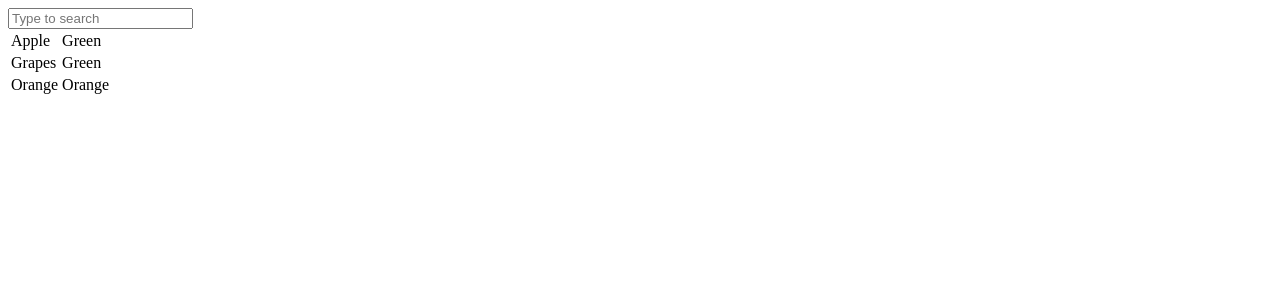
Repository: yamadayurika/rails
Page: RealTimeFilter/filter.html
The author's editor kept a record of every edit. The page is drawn from the files as they stood at one moment, then again after the next edit.
The browser window is 1280 px wide. The pictures show the whole page.
Some web libraries are served in a nearby version.

Above is the page before.

After the next edit:
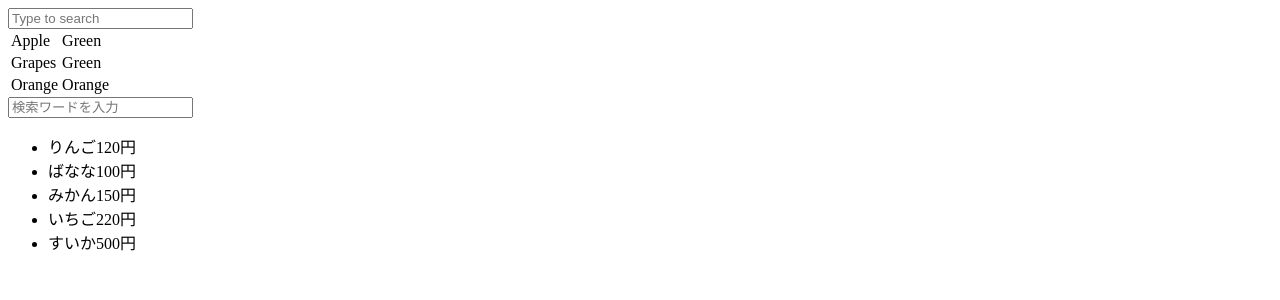
The edit:
--- a/RealTimeFilter/filter.html
+++ b/RealTimeFilter/filter.html
@@ -20,3 +20,29 @@
       <td>Orange</td>
    </tr>
 </table>
+</body>
+
+
+<body>
+  <div class="wrapper">
+    <div class="search-area">
+      <form>
+        <input type="text" id="search-text" placeholder="検索ワードを入力">
+      </form>
+      <div class="search-result">
+        <div class="search-result__hit-num"></div>
+        <div id="search-result__list"></div>
+      </div>
+    </div>
+
+    <ul class="target-area">
+      <li>りんご120円</li>
+      <li>ばなな100円</li>
+      <li>みかん150円</li>
+      <li>いちご220円</li>
+      <li>すいか500円</li>
+    </ul>
+  </div><!-- /.wrapper -->
+<script src="https://ajax.googleapis.com/ajax/libs/jquery/1.11.1/jquery.min.js"></script>
+<script src="https://cdnjs.cloudflare.com/ajax/libs/jquery-easing/1.3/jquery.easing.min.js"></script>
+</body>

After the edit that followed:
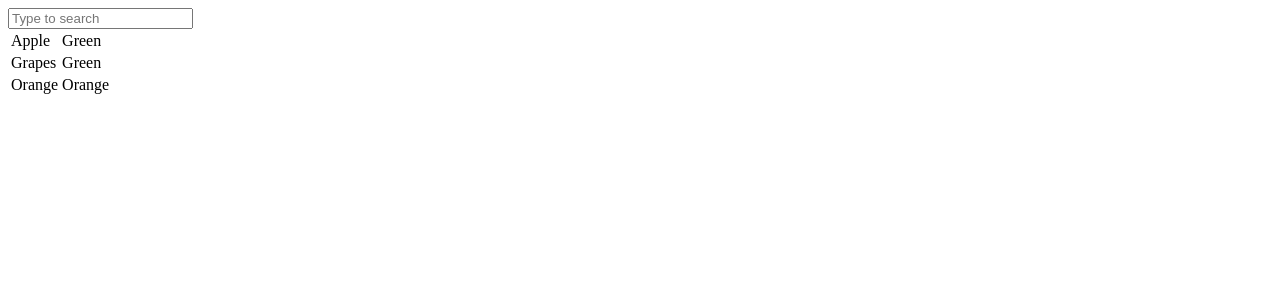
The edit:
--- a/RealTimeFilter/filter.html
+++ b/RealTimeFilter/filter.html
@@ -20,29 +20,6 @@
       <td>Orange</td>
    </tr>
 </table>
-</body>
-
-
-<body>
-  <div class="wrapper">
-    <div class="search-area">
-      <form>
-        <input type="text" id="search-text" placeholder="検索ワードを入力">
-      </form>
-      <div class="search-result">
-        <div class="search-result__hit-num"></div>
-        <div id="search-result__list"></div>
-      </div>
-    </div>
-
-    <ul class="target-area">
-      <li>りんご120円</li>
-      <li>ばなな100円</li>
-      <li>みかん150円</li>
-      <li>いちご220円</li>
-      <li>すいか500円</li>
-    </ul>
-  </div><!-- /.wrapper -->
 <script src="https://ajax.googleapis.com/ajax/libs/jquery/1.11.1/jquery.min.js"></script>
 <script src="https://cdnjs.cloudflare.com/ajax/libs/jquery-easing/1.3/jquery.easing.min.js"></script>
 </body>
